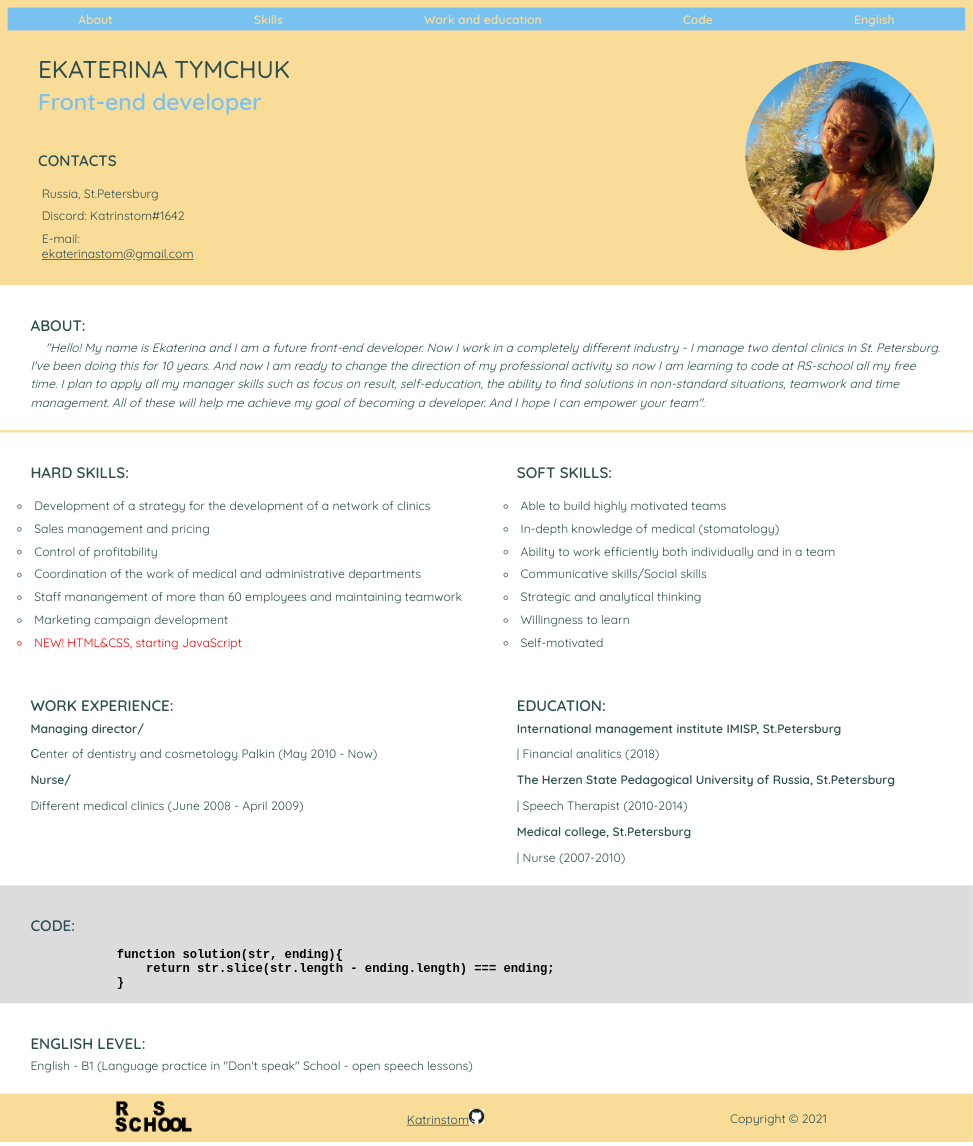
Repository: Katrinstom/rsschool-cv
Page: index.html
An editor plug-in stored every save of this project. The page is shown before and after the next save, followed by the edit.
The browser window is 1280 px wide. The pictures show the whole page, at 76% of full size.

Above is the page before, as saved 2022-01-02 23:30:30.

### index.html
<!DOCTYPE html>
<html lang="en">
<head>
    <meta charset="UTF-8">
    <meta http-equiv="X-UA-Compatible" content="IE=edge">
    <meta name="viewport" content="width=device-width, initial-scale=1.0">
    <title>CV</title>
    <link type="text/css" rel="stylesheet" href="style.css"/>
    <link rel="preconnect" href="https://fonts.googleapis.com">
<link rel="preconnect" href="https://fonts.gstatic.com" crossorigin>
<link href="https://fonts.googleapis.com/css2?family=Quicksand:wght@400;500;600&display=swap" rel="stylesheet">
</head>
<body>
    <header class="bigblock section">
            <nav class="nav">
                <ul class="navlist">
                    <li class="nav-item"><a href="#about">About</a></li>
                    <li class="nav-item"><a href="#skills">Skills</a></li>
                    <li class="nav-item"><a href="#workandeducation">Work and education</a></li>
                    <li class="nav-item"><a href="#code">Code</a></li>
                    <li class="nav-item"><a href="#english">English</a></li>
                </ul>
            </nav>
                <img class="pic" src="images/1909_oooo.plus.png" alt="itsme" width="250" height="250">
                <h1>Ekaterina Tymchuk</h1>
                <h2>Front-end developer</h2>
                <h4>Contacts</h4>
                <ul class="nonumber">
                    <li>Russia, St.Petersburg</li>
                    <li>Discord: Katrinstom#1642</li>
                    <li>E-mail: <a href="mailto:ekaterinastom@gmail.com"> ekaterinastom@gmail.com</a></li>
                </ul>
        </header>
    <main class="section">
        <article>
            <div class="about" id="about">
                <h4>About:</h4>
                <p>"Hello! My name is Ekaterina and I am a future front-end developer. Now I work in a completely different industry - I manage two dental clinics in St. Petersburg. I've been doing this for 10 years. And now I am ready to change the direction of my professional activity so now I am learning to code at RS-school all my free time. I plan to apply all my manager skills such as focus on result, self-education, the ability to find solutions in non-standard situations, teamwork and time management. All of these will help me achieve my goal of becoming a developer. And I hope I can empower your team".</p>
            </div>
        </article>
        <section class="conteiner">
            <div class="skills" id="skills">
                <h4>Hard skills:</h4>
                <ul>
                    <li>Development of a strategy for the development of a network of clinics</li>
                    <li>Sales management and pricing</li>
                    <li>Control of profitability</li>
                    <li>Coordination of the work of medical and administrative departments</li>
                    <li>Staff manangement of more than 60 employees and maintaining teamwork</li>
                    <li>Marketing campaign development</li>
                    <li id="newskill">NEW! HTML&CSS, starting JavaScript</li>
                </ul>
            </div>
            <div class="skills" id="skills">
                <h4>Soft skills:</h4>
                <ul>
                    <li>Able to build highly motivated teams</li>
                    <li>In-depth knowledge of medical (stomatology)</li>
                    <li>Ability to work efficiently both individually and in a team</li>
                    <li>Communicative skills/Social skills</li>
                    <li>Strategic and analytical thinking</li>
                    <li>Willingness to learn</li>
                    <li>Self-motivated</li>
                </ul>
            </div>
        </section>
        <section class="conteiner">
            <div style="clear:both"></div>
            <div class="workandeducation" id="workandeducation">
                <h4>Work experience:</h4>
                <b>Managing director/</b>
                <p>Сenter of dentistry and cosmetology Palkin (May 2010 - Now)</p>
                <b>Nurse/</b>
                <p>Different medical clinics (June 2008 - April 2009)</p>
            </div>
            <div class="workandeducation" id="workandeducation">
                <h4>Education:</h4>
                <b>International management institute IMISP, St.Petersburg</b>
                <p>| Financial analitics (2018)</p>
                <b>The Herzen State Pedagogical University of Russia, St.Petersburg</b>
                <p>| Speech Therapist (2010-2014)</p>
                <b>Medical college, St.Petersburg</b>
                <p>| Nurse (2007-2010)</p>
            </div>
        </section>
        <section>
            <div class="code" id="code">
                <h4>Code:</h4>
                <pre><code>
                function solution(str, ending){
                    return str.slice(str.length - ending.length) === ending;
                }
                </code></pre>
            </div>
            <div class="english" id="english">
            <h4>English level:</h4>
            <p>English - B1 (Language practice in "Don't speak" School - open speech lessons)</p>
            </div>
        </section>
    </main>
        <footer class="footer section">
            <div class="flexcont">
                <a href="https://rs.school/js/"><img src="images/logo-rsschool3.png" alt="logo-rsschool3" width="100" height="40"></a>
                <a href="https://github.com/Katrinstom">Katrinstom<img src="images/gitpic.png" alt="gitlogo" width="20" height="20"></a>
                <p>Copyright © 2021</p>
             </div>
        </footer>
</body>
</html>

### style.css
html {
    scroll-behavior: smooth;
}
body {
    min-height: 100vh;
    margin: 0;
    padding: 0;
}
.section {
    max-width: 1280px;
    margin: 0 auto;
    flex-direction: column;
}
main {
    display: flex;
}
.bigblock {
    height: auto;
    background-color: #f9dc98;
    padding: 10px;
}
.nav {
    background-color: #78c2f2;
}
.navlist {
    display: flex;
    justify-content: space-around;
    align-items: center;
    padding: 0;
    margin: 0;
}
.nav-item {
    list-style: none;
}
.nav-item a {
    text-decoration: none;
    color: #f9dc98;
    font-weight: 600;
}
.nav-item a:hover {
    background-color:darkslategray;
    transition: 0.5s;
}
body {
    font-family: 'Quicksand', sans-serif;
}
h1 {
  padding: 30px 40px 5px;
  text-align: left;
  font-family:'Quicksand', sans-serif;
  font-weight: 500;
  font-size: 32px;
  text-transform: uppercase;
  color:darkslategray;
  margin: 0;
}
h2 {
    padding: 0px 40px 5px;
    text-align: left;
    font-family:'Quicksand', sans-serif;
    font-size: 30px;
    color:#78c2f2;
    margin: 0;
}
h3 {
    padding: 0px 40px 5px;
    text-align: left;
    font-family:'Quicksand', sans-serif;
    font-size: 25px;
    color:darkgrey;
    margin: 0;
}
h4 {
    font-family:'Quicksand', sans-serif;
    font-size: 20px;
    text-transform: uppercase;
    padding: 40px 40px 0px;
    text-align: left;
    color: darkslategray;
    margin: 0;
}
ul {
    list-style-type:circle;
    padding: auto;
}
.nonumber {
    list-style-type:none;
}
li {
    text-align: left;
    color: darkslategray;
    font-family: 'Quicksand', sans-serif;
    margin: 0;
    padding: 5px 5px 5px;
}
#newskill {
    color: red;
}
.about {
    border-bottom: solid 3px #f9dc98;
}
.about p {
    text-align: left;
    color: darkslategray;
    font-family: 'Quicksand', sans-serif;
    font-style: italic;
    margin-bottom: 20px;
    height: auto;
    width: auto;
    padding: 5px 40px 5px;
    line-height: 1.5;
    text-indent: 20px;
}
.english {
    text-align: left;
    color: darkslategray;
    margin-bottom: 20px;
    height: auto;
    width: auto;
    padding: 0;

}
.conteiner {
    display: flex;
    flex-direction: row;
    justify-content: space-around;
}
.skills {
    text-align: left;
    color: darkslategray;
    font-family: 'Quicksand', sans-serif;
    margin: 0;
    height: auto;
    width: 50%;
    padding: 0;
}
.workandeducation {
    text-align: left;
    color: darkslategray;
    font-family: 'Quicksand', sans-serif;
    margin-bottom: 20px;
    height: auto;
    width: 50%;
    padding: 0;
}
.pic {
    border-radius: 50%;
    float: right;
    padding: 40px;
}
p, b {
    display: block;
    text-align: left;
    color: darkslategray;
    font-family: 'Quicksand', sans-serif;
    margin: 0;
    height: auto;
    width: auto;
    padding: 5px 40px 5px;
    line-height: 1.5;
}
pre {
    margin: 0;
}
.code {
    text-align: left;
    background-color: gainsboro;
    display: block;
    font-size: 16px;
    font-weight: 600;
}
.flexcont {
    display: flex;
    flex-direction: row;
    justify-content: space-around;
    align-items: center;
}
a {
    display: block;
}
li a {
    color: darkslategray;
}
footer a {
    color: darkslategray;
}
.footer {
    height: auto;
    background-color: #f9dc98;
    padding: 10px;
}

After the next save:
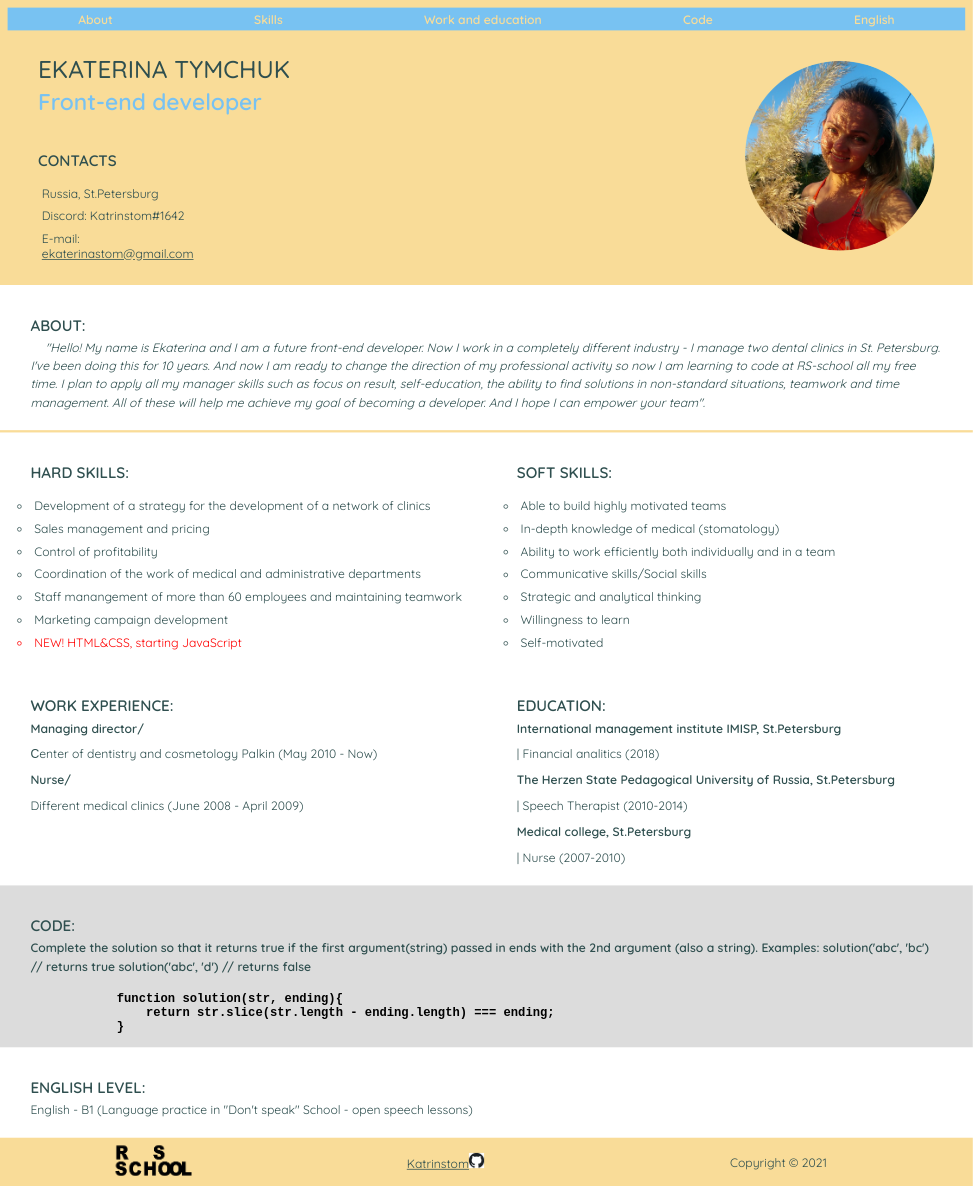
Saved 13 min 46 s later.
--- a/index.html
+++ b/index.html
@@ -86,6 +86,10 @@
         <section>
             <div class="code" id="code">
                 <h4>Code:</h4>
+                <p>Complete the solution so that it returns true if the first argument(string) passed in ends with the 2nd argument (also a string).
+                    Examples:
+                    solution('abc', 'bc') // returns true
+                    solution('abc', 'd') // returns false</p>
                 <pre><code>
                 function solution(str, ending){
                     return str.slice(str.length - ending.length) === ending;
